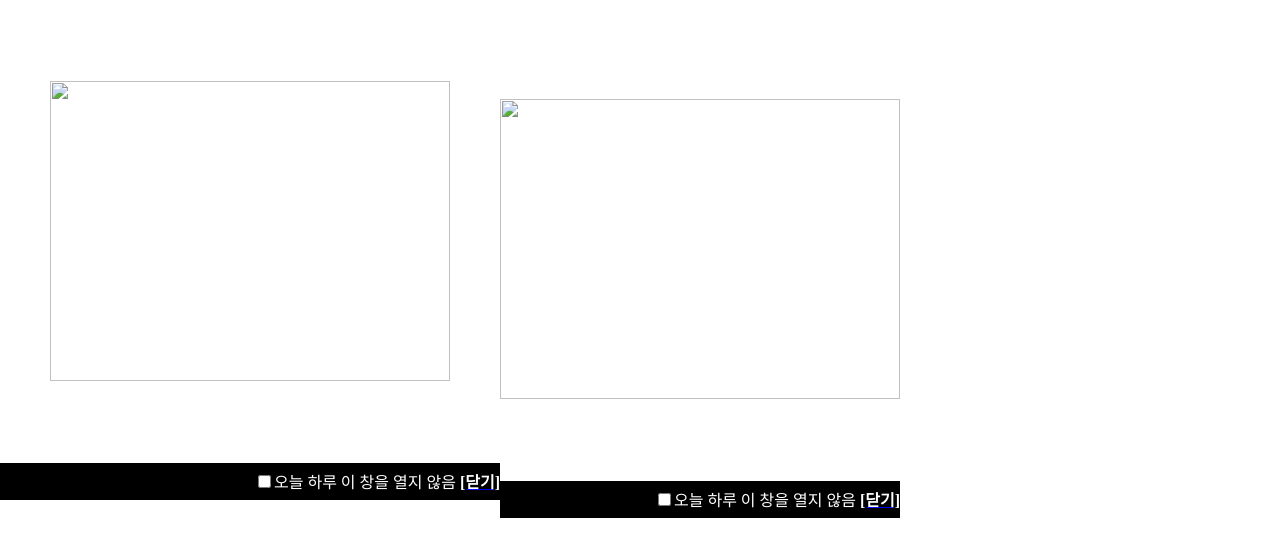
Repository: yohoaa/shoppingmall
Page: shoppingmall/WebContent/testT.html
These files come from the project's save history. The page is drawn as it stood at one moment and after the next save; the edit follows.
The browser window is 1280 px wide. The pictures show the whole page.

Above is the page before, as saved 2018-02-01 07:57:45.
Not found: shoppingmall/WebContent/pop.jpg

### shoppingmall/WebContent/testT.html

<!DOCTYPE HTML PUBLIC "-//W3C//DTD HTML 4.0 Transitional//EN">
<HTML>
 <HEAD>
  <TITLE> 팝업창 띄우기 </TITLE>
<!--팝업창 css-->
<style type="text/css">
 #pop{
  width:405px; height:325px; background:#000;
  position:absolute;z-index:999; top:10px; left:480px; text-align:center;
   }
 #pop a{color:#fff;text-decoration:none;}
  #pop a:hover{color:#fff;text-decoration:underline;} /*텍스트 롤오버 했을때 밑줄 나타나게 함*/
</style>
<!--팝업창 css끝-->
 <!--팝업창 스크립트-->
<script language='javascript'>
<!--
var mvf = false;
var ofx = 0;
var ofy = 0;
var div_n;


function fncInit(n)
{
    var cookiedata = document.cookie;
    if ( cookiedata.indexOf(n+'=done') < 0 ) {
        document.getElementById(n).style.visibility = 'visible';
    }
    else {
        document.getElementById(n).style.visibility = 'hidden';
    }
    div_n = n;
    document.onmousemove = fncMove;
}


function setcookie( name, value, expirehours )
{
    var todayDate = new Date();
    todayDate.setHours( todayDate.getHours() + expirehours );
    document.cookie = name + '=' + escape( value ) + '; path=/; expires=' + todayDate.toGMTString() + ';'
}


function closeWin(n, x)
{
    if ( document.getElementsByName('chkbox')[x].checked )
    {
        setcookie(n, 'done', 24 );
    }
    document.getElementById(n).style.visibility = 'hidden';
}


function fncMVSet(n, bool )
{
    div_n = n;
    ofx = event.offsetX;
    ofy = event.offsetY;
    mvf = bool;
    var obj = document.getElementById(n);
    if( mvf )
        obj.style.filter = 'Alpha(Opacity=50)';
    else
        obj.style.filter = 'Alpha(Opacity=100)';
}


function fncMove(n)
{
    //alert(n);
    if( mvf )
    {
        var obj = document.getElementById(div_n);
        obj.style.top = event.clientY-ofy;
        ;
        obj.style.left= event.clientX-ofx;
    }
}
//-->
</script>
<script src="http://code.jquery.com/jquery-latest.js"></script>
 <script type="text/javascript">
    $(document).ready(function() {
      $('.close').click(function() {
        $('#divpop').hide();
      });
    });
 </script>
  <script type="text/javascript">
    $(document).ready(function() {
      $('.close2').click(function() {
        $('#divpop2').hide();
      });
    });
 </script>
<!--팝업창 스크립트 끝-->

 </HEAD>

<body onload='fncInit("divpop");fncInit("divpop2");' onmouseup='fncMVSet("divpop", false);fncMVSet("divpop2", false);'>



<form name='notice_form'>
    <div id='divpop' style='width:500px; height:600px; position:absolute; left:0px; top:0px; z-index:1000; visibility:hidden;'>

        <table width='500' height='500' cellpadding='0' cellspacing='0'>
            <tr>
                <td align='center' bgcolor='white'><img src="pop.jpg" width="400" height="300" border="0"></td>
            </tr>
            <tr>
                <td align='right' bgcolor='#000000'>
                    <input type='checkbox' name='chkbox' onclick='closeWin("divpop", 0);'><font color='#FFFFFF'>오늘 하루 이 창을 열지 않음
                    </font><a href="javascript:;" onclick="close_divpop('divpop_frm', 'divpop')"><b><span class="close"><B><span class="close"><font color='#FFFFFF'>[닫기]</font></span></B></a>
                </td>
            </tr>
        </table>
    </div>
    <div id='divpop2' style='width:363px; height:500px; position:absolute; left:500px; top:0px; z-index:1000; visibility:hidden;'>
        <br>

        <table width='363' height='500' cellpadding='0' cellspacing='0'>
            <tr>
                <td align='center' bgcolor='white'><img src="pop.jpg" width="400" height="300" border="0"></td>
            </tr>
            <tr>
                <td align='right' bgcolor='#000000'>
                    <input type='checkbox' name='chkbox' onclick='closeWin("divpop2", 1);'><font color='#FFFFFF'>오늘 하루 이 창을 열지 않음
                    </font><a href="javascript:;" onclick="close_divpop('divpop_frm', 'divpop')"><B><span class="close2"><font color='#FFFFFF'>[닫기]</font></span></B></a>
                </td>
            </tr>
        </table>
    </div>

</form>


</HTML>

After the next save:
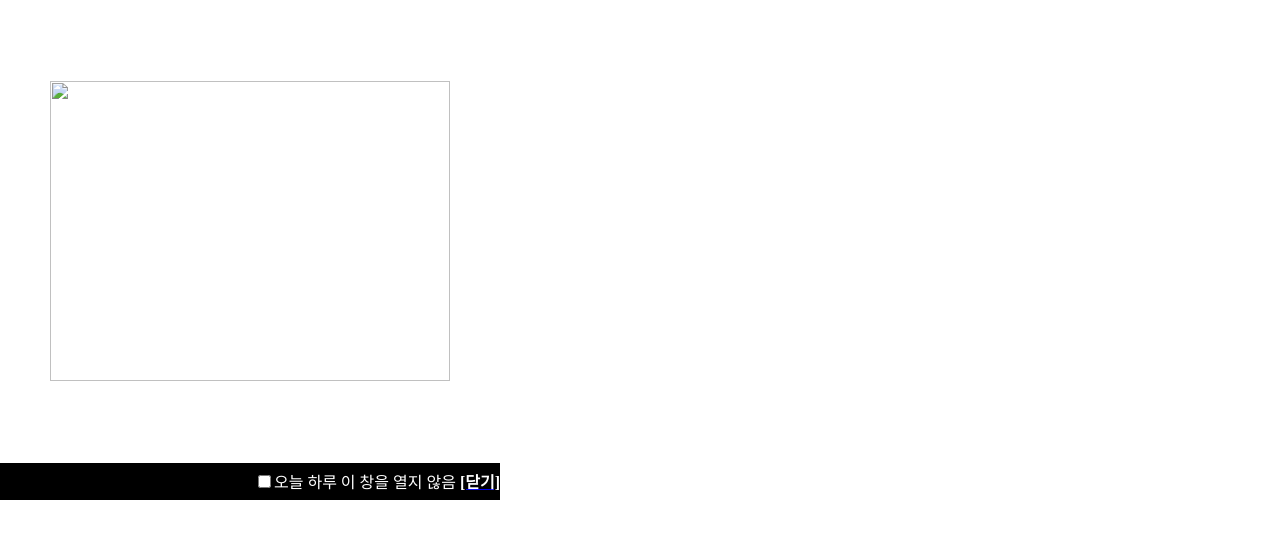
Console error: TypeError: Cannot read properties of null (reading 'style')
Saved 2 min 40 s later.
--- a/shoppingmall/WebContent/testT.html
+++ b/shoppingmall/WebContent/testT.html
@@ -105,6 +105,7 @@
 
 
 <form name='notice_form'>
+
     <div id='divpop' style='width:500px; height:600px; position:absolute; left:0px; top:0px; z-index:1000; visibility:hidden;'>
 
         <table width='500' height='500' cellpadding='0' cellspacing='0'>
@@ -119,21 +120,6 @@
             </tr>
         </table>
     </div>
-    <div id='divpop2' style='width:363px; height:500px; position:absolute; left:500px; top:0px; z-index:1000; visibility:hidden;'>
-        <br>
-
-        <table width='363' height='500' cellpadding='0' cellspacing='0'>
-            <tr>
-                <td align='center' bgcolor='white'><img src="pop.jpg" width="400" height="300" border="0"></td>
-            </tr>
-            <tr>
-                <td align='right' bgcolor='#000000'>
-                    <input type='checkbox' name='chkbox' onclick='closeWin("divpop2", 1);'><font color='#FFFFFF'>오늘 하루 이 창을 열지 않음
-                    </font><a href="javascript:;" onclick="close_divpop('divpop_frm', 'divpop')"><B><span class="close2"><font color='#FFFFFF'>[닫기]</font></span></B></a>
-                </td>
-            </tr>
-        </table>
-    </div>
 
 </form>
 
